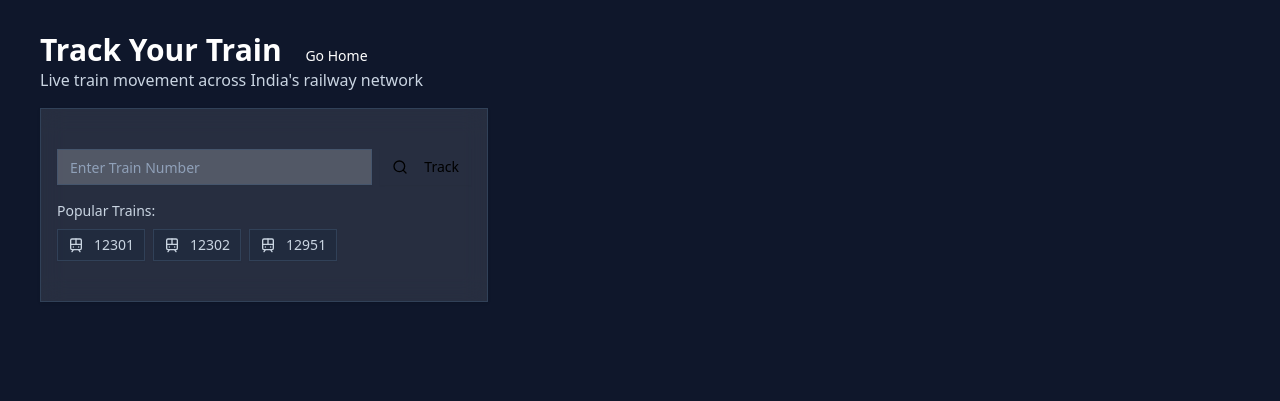
Repository: dhwanijain-dev/IRCTC
Page: /trackingtrain
An editor plug-in stored every save of this project. The page is shown before and after a run of saves, followed by the edit.
The browser window is 1280 px wide. The pictures show the whole page.
The project was rebuilt for these pictures with package versions that can differ from the ones it lists, and the page was loaded fresh each time. The framework's server and built-in components were replaced by stand-ins that run in the browser. Also part of the build but not shown: next.config.js, src/components/ui/badge.tsx, src/components/train-status-panel.tsx.

Above is the page before, as saved 2025-03-23 22:35:55.

### src/app/layout.tsx


import type { Metadata } from "next";
import { Geist, Geist_Mono } from "next/font/google";
import "./globals.css";
import SmoothScrollLenis from "@/app/components/SmoothScrollLenis";


const geistSans = Geist({
  variable: "--font-geist-sans",
  subsets: ["latin"],
});

const geistMono = Geist_Mono({
  variable: "--font-geist-mono",
  subsets: ["latin"],
});

export const metadata: Metadata = {
  title: "Create Next App",
  description: "Generated by create next app",
};

export default function RootLayout({
  children,
}: Readonly<{
  children: React.ReactNode;


}>)

{

  return (
    <html lang="en" suppressHydrationWarning>
      <body
        className={`${geistSans.variable} ${geistMono.variable} antialiased`}
      >
      <SmoothScrollLenis />

          {children}

      </body>
    </html>
  );
}

### src/app/trackingtrain/page.tsx
"use client"

import { useState } from "react"
import TrainMap from "@/components/train-map"
import TrainStatusPanel from "@/components/train-status-panel"
import TrainSearch from "@/components/train-search"
import Link from "next/link"

// Mock train data - in a real app, this would come from an API
const mockTrainData = {
    "12301": {
        name: "Howrah-New Delhi Rajdhani Express",
        number: "12301",
        status: "On Time",
        currentStation: "Kanpur Central",
        nextStation: "New Delhi",
        delay: 0,
        route: [
            {
                name: "Howrah Junction",
                code: "HWH",
                status: "departed",
                scheduledDeparture: "16:10",
                actualDeparture: "16:10",
            },
            {
                name: "Asansol Junction",
                code: "ASN",
                status: "departed",
                scheduledArrival: "18:01",
                actualArrival: "18:01",
                scheduledDeparture: "18:03",
                actualDeparture: "18:03",
            },
            {
                name: "Dhanbad Junction",
                code: "DHN",
                status: "departed",
                scheduledArrival: "18:55",
                actualArrival: "18:55",
                scheduledDeparture: "18:57",
                actualDeparture: "18:57",
            },
            {
                name: "Gaya Junction",
                code: "GAYA",
                status: "departed",
                scheduledArrival: "20:23",
                actualArrival: "20:23",
                scheduledDeparture: "20:25",
                actualDeparture: "20:25",
            },
            {
                name: "Dehri On Sone",
                code: "DOS",
                status: "departed",
                scheduledArrival: "21:10",
                actualArrival: "21:10",
                scheduledDeparture: "21:12",
                actualDeparture: "21:12",
            },
            {
                name: "Mughalsarai Junction",
                code: "MGS",
                status: "departed",
                scheduledArrival: "22:05",
                actualArrival: "22:05",
                scheduledDeparture: "22:15",
                actualDeparture: "22:15",
            },
            {
                name: "Allahabad Junction",
                code: "ALD",
                status: "departed",
                scheduledArrival: "23:30",
                actualArrival: "23:30",
                scheduledDeparture: "23:35",
                actualDeparture: "23:35",
            },
            {
                name: "Kanpur Central",
                code: "CNB",
                status: "departed",
                scheduledArrival: "01:30",
                actualArrival: "01:30",
                scheduledDeparture: "01:35",
                actualDeparture: "01:35",
            },
            { name: "New Delhi", code: "NDLS", status: "upcoming", scheduledArrival: "04:55", actualArrival: "04:55" },
        ],
        progress: 85, // percentage of journey completed
        coordinates: [
            { lat: 22.5986, lng: 88.3696 }, // Howrah
            { lat: 23.6739, lng: 86.9661 }, // Asansol
            { lat: 23.7957, lng: 86.4304 }, // Dhanbad
            { lat: 24.7955, lng: 84.9994 }, // Gaya
            { lat: 24.9168, lng: 84.0432 }, // Dehri On Sone
            { lat: 25.2815, lng: 83.1139 }, // Mughalsarai
            { lat: 25.4358, lng: 81.8463 }, // Allahabad
            { lat: 26.4499, lng: 80.3319 }, // Kanpur
            { lat: 28.6139, lng: 77.209 }, // New Delhi
        ],
    },
    "12302": {
        name: "New Delhi-Howrah Rajdhani Express",
        number: "12302",
        status: "Delayed",
        currentStation: "Gaya Junction",
        nextStation: "Dhanbad Junction",
        delay: 25,
        route: [
            { name: "New Delhi", code: "NDLS", status: "departed", scheduledDeparture: "16:10", actualDeparture: "16:10" },
            {
                name: "Kanpur Central",
                code: "CNB",
                status: "departed",
                scheduledArrival: "20:20",
                actualArrival: "20:20",
                scheduledDeparture: "20:25",
                actualDeparture: "20:25",
            },
            {
                name: "Allahabad Junction",
                code: "ALD",
                status: "departed",
                scheduledArrival: "22:30",
                actualArrival: "22:45",
                scheduledDeparture: "22:35",
                actualDeparture: "22:50",
            },
            {
                name: "Mughalsarai Junction",
                code: "MGS",
                status: "departed",
                scheduledArrival: "23:50",
                actualArrival: "00:05",
                scheduledDeparture: "00:00",
                actualDeparture: "00:15",
            },
            {
                name: "Dehri On Sone",
                code: "DOS",
                status: "departed",
                scheduledArrival: "00:55",
                actualArrival: "01:10",
                scheduledDeparture: "00:57",
                actualDeparture: "01:12",
            },
            {
                name: "Gaya Junction",
                code: "GAYA",
                status: "current",
                scheduledArrival: "01:43",
                actualArrival: "02:08",
                scheduledDeparture: "01:45",
                actualDeparture: "02:10",
            },
            {
                name: "Dhanbad Junction",
                code: "DHN",
                status: "upcoming",
                scheduledArrival: "03:25",
                actualArrival: "03:50",
                scheduledDeparture: "03:27",
                actualDeparture: "03:52",
            },
            {
                name: "Asansol Junction",
                code: "ASN",
                status: "upcoming",
                scheduledArrival: "04:25",
                actualArrival: "04:50",
                scheduledDeparture: "04:27",
                actualDeparture: "04:52",
            },
            { name: "Howrah Junction", code: "HWH", status: "upcoming", scheduledArrival: "06:55", actualArrival: "07:20" },
        ],
        progress: 55, // percentage of journey completed
        coordinates: [
            { lat: 28.6139, lng: 77.209 }, // New Delhi
            { lat: 26.4499, lng: 80.3319 }, // Kanpur
            { lat: 25.4358, lng: 81.8463 }, // Allahabad
            { lat: 25.2815, lng: 83.1139 }, // Mughalsarai
            { lat: 24.9168, lng: 84.0432 }, // Dehri On Sone
            { lat: 24.7955, lng: 84.9994 }, // Gaya
            { lat: 23.7957, lng: 86.4304 }, // Dhanbad
            { lat: 23.6739, lng: 86.9661 }, // Asansol
            { lat: 22.5986, lng: 88.3696 }, // Howrah
        ],
    },
    "12951": {
        name: "Mumbai Central - New Delhi Rajdhani Express",
        number: "12951",
        status: "Delayed",
        currentStation: "Kota Junction",
        nextStation: "Sawai Madhopur",
        delay: 15,
        route: [
            {
                name: "Mumbai Central",
                code: "MMCT",
                status: "departed",
                scheduledDeparture: "16:35",
                actualDeparture: "16:35",
            },
            {
                name: "Borivali",
                code: "BVI",
                status: "departed",
                scheduledArrival: "17:13",
                actualArrival: "17:13",
                scheduledDeparture: "17:15",
                actualDeparture: "17:15",
            },
            {
                name: "Surat",
                code: "ST",
                status: "departed",
                scheduledArrival: "19:14",
                actualArrival: "19:14",
                scheduledDeparture: "19:16",
                actualDeparture: "19:16",
            },
            {
                name: "Vadodara Junction",
                code: "BRC",
                status: "departed",
                scheduledArrival: "20:55",
                actualArrival: "20:55",
                scheduledDeparture: "21:00",
                actualDeparture: "21:00",
            },
            {
                name: "Ratlam Junction",
                code: "RTM",
                status: "departed",
                scheduledArrival: "00:15",
                actualArrival: "00:25",
                scheduledDeparture: "00:20",
                actualDeparture: "00:30",
            },
            {
                name: "Kota Junction",
                code: "KOTA",
                status: "current",
                scheduledArrival: "03:00",
                actualArrival: "03:15",
                scheduledDeparture: "03:05",
                actualDeparture: "03:20",
            },
            {
                name: "Sawai Madhopur",
                code: "SWM",
                status: "upcoming",
                scheduledArrival: "04:32",
                actualArrival: "04:47",
                scheduledDeparture: "04:34",
                actualDeparture: "04:49",
            },
            {
                name: "Mathura Junction",
                code: "MTJ",
                status: "upcoming",
                scheduledArrival: "06:25",
                actualArrival: "06:40",
                scheduledDeparture: "06:27",
                actualDeparture: "06:42",
            },
            { name: "New Delhi", code: "NDLS", status: "upcoming", scheduledArrival: "08:35", actualArrival: "08:50" },
        ],
        progress: 65, // percentage of journey completed
        coordinates: [
            { lat: 18.9712, lng: 72.819 }, // Mumbai Central
            { lat: 19.2312, lng: 72.8553 }, // Borivali
            { lat: 21.1702, lng: 72.8311 }, // Surat
            { lat: 22.3072, lng: 73.1812 }, // Vadodara
            { lat: 23.3315, lng: 75.0367 }, // Ratlam
            { lat: 25.2138, lng: 75.8648 }, // Kota
            { lat: 26.0207, lng: 76.3534 }, // Sawai Madhopur
            { lat: 27.4924, lng: 77.6737 }, // Mathura
            { lat: 28.6139, lng: 77.209 }, // New Delhi
        ],
    },
}

export default function TrackYourTrainPage() {
    const [selectedTrain, setSelectedTrain] = useState<any>(null)
    const [searchQuery, setSearchQuery] = useState<string>("");

    const handleTrainSearch = (trainNumber: string | number) => {
        setSearchQuery(String(trainNumber))
        setSelectedTrain(mockTrainData[trainNumber])
    }

    return (
        <div className="relative w-full  h-screen bg-slate-900">
            {/* 3D Map */}
            <TrainMap selectedTrain={selectedTrain} />

            {/* UI Overlay */}
            <div className="absolute top-0 left-0 w-full h-full pointer-events-none px-10">
                <div className="container mx-auto h-full flex flex-col">
                    {/* Header */}
                    <div className="pt-8 pb-4 pointer-events-auto">
                        <h1 className="text-3xl font-bold text-white">Track Your Train <Link className="ml-4 text-sm font-light" href="/">Go Home</Link> </h1>
                        <p className="text-slate-300">Live train movement across India's railway network</p>
                    </div>

                    {/* Search Panel */}
                    <div className="w-full max-w-md pointer-events-auto">
                        <TrainSearch onSearch={handleTrainSearch} />
                    </div>

                    {/* Spacer */}
                    <div className="flex-grow"></div>

                    {/* Status Panel */}
                    {selectedTrain && (
                        <div className="mb-8 pointer-events-auto">
                            <TrainStatusPanel train={selectedTrain} />
                        </div>
                    )}
                </div>
            </div>
        </div>
    )
}

### src/app/components/SmoothScrollLenis.tsx
"use client";
import { useEffect } from "react";
import Lenis from "@studio-freight/lenis";

const SmoothScrollLenis = () => {
    useEffect(() => {
        const lenis = new Lenis({
            smooth: true,
            lerp: 0.1, // Controls smoothness
        });

        const raf = (time) => {
            lenis.raf(time);
            requestAnimationFrame(raf);
        };

        requestAnimationFrame(raf);
    }, []);

    return (
        <></>
    );
};

export default SmoothScrollLenis;

### src/components/train-search.tsx
"use client"

import { useState, FormEvent } from "react"
import { Button } from "@/components/ui/button"
import { Input } from "@/components/ui/input"
import { Card, CardContent } from "@/components/ui/card"
import { Search, Train } from "lucide-react"

// Sample train numbers for quick selection
const popularTrains = [
  { number: "12301", name: "Howrah-New Delhi Rajdhani" },
  { number: "12302", name: "New Delhi-Howrah Rajdhani" },
  { number: "12951", name: "Mumbai-Delhi Rajdhani" },
]

interface TrainSearchProps {
  onSearch: (trainNumber: string) => void
}

export default function TrainSearch({ onSearch }: TrainSearchProps) {
  const [trainNumber, setTrainNumber] = useState<string>("")

  const handleSubmit = (e: FormEvent) => {
    e.preventDefault()
    if (trainNumber.trim()) {
      onSearch(trainNumber.trim())
    }
  }

  return (
      <Card className="bg-white/10 backdrop-blur-md border-slate-700">
        <CardContent className="p-4">
          <form onSubmit={handleSubmit} className="space-y-4">
            <div className="flex space-x-2">
              <Input
                  type="text"
                  placeholder="Enter Train Number"
                  value={trainNumber}
                  onChange={(e) => setTrainNumber(e.target.value)}
                  className="bg-white/20 border-slate-600 text-white placeholder:text-slate-400"
              />
              <Button type="submit" variant="default">
                <Search className="h-4 w-4 mr-2" />
                Track
              </Button>
            </div>

            <div>
              <p className="text-sm text-slate-300 mb-2">Popular Trains:</p>
              <div className="flex flex-wrap gap-2">
                {popularTrains.map((train) => (
                    <Button
                        key={train.number}
                        variant="outline"
                        size="sm"
                        className="bg-slate-800/50 border-slate-700 text-slate-300 hover:bg-slate-700 hover:text-white"
                        onClick={() => {
                          setTrainNumber(train.number)
                          onSearch(train.number)
                        }}
                    >
                      <Train className="h-3 w-3 mr-1" />
                      {train.number}
                    </Button>
                ))}
              </div>
            </div>
          </form>
        </CardContent>
      </Card>
  )
}

### src/components/ui/card.tsx
'use client'
import * as React from "react"

import { cn } from "@/lib/utils"

function Card({ className, ...props }: React.ComponentProps<"div">) {
  return (
    <div
      data-slot="card"
      className={cn(
        "bg-card text-card-foreground flex flex-col gap-6 rounded-xl border py-6 shadow-sm",
        className
      )}
      {...props}
    />
  )
}

function CardHeader({ className, ...props }: React.ComponentProps<"div">) {
  return (
    <div
      data-slot="card-header"
      className={cn(
        "@container/card-header grid auto-rows-min grid-rows-[auto_auto] items-start gap-1.5 px-6 has-data-[slot=card-action]:grid-cols-[1fr_auto] [.border-b]:pb-6",
        className
      )}
      {...props}
    />
  )
}

function CardTitle({ className, ...props }: React.ComponentProps<"div">) {
  return (
    <div
      data-slot="card-title"
      className={cn("leading-none font-semibold", className)}
      {...props}
    />
  )
}

function CardDescription({ className, ...props }: React.ComponentProps<"div">) {
  return (
    <div
      data-slot="card-description"
      className={cn("text-muted-foreground text-sm", className)}
      {...props}
    />
  )
}

function CardAction({ className, ...props }: React.ComponentProps<"div">) {
  return (
    <div
      data-slot="card-action"
      className={cn(
        "col-start-2 row-span-2 row-start-1 self-start justify-self-end",
        className
      )}
      {...props}
    />
  )
}

function CardContent({ className, ...props }: React.ComponentProps<"div">) {
  return (
    <div
      data-slot="card-content"
      className={cn("px-6", className)}
      {...props}
    />
  )
}

function CardFooter({ className, ...props }: React.ComponentProps<"div">) {
  return (
    <div
      data-slot="card-footer"
      className={cn("flex items-center px-6 [.border-t]:pt-6", className)}
      {...props}
    />
  )
}

export {
  Card,
  CardHeader,
  CardFooter,
  CardTitle,
  CardAction,
  CardDescription,
  CardContent,
}

### src/components/ui/button.tsx
'use client'
import * as React from "react"
import { Slot } from "@radix-ui/react-slot"
import { cva, type VariantProps } from "class-variance-authority"

import { cn } from "@/lib/utils"

const buttonVariants = cva(
  "inline-flex items-center justify-center gap-2 whitespace-nowrap rounded-md text-sm font-medium transition-all disabled:pointer-events-none disabled:opacity-50 [&_svg]:pointer-events-none [&_svg:not([class*='size-'])]:size-4 shrink-0 [&_svg]:shrink-0 outline-none focus-visible:border-ring focus-visible:ring-ring/50 focus-visible:ring-[3px] aria-invalid:ring-destructive/20 dark:aria-invalid:ring-destructive/40 aria-invalid:border-destructive",
  {
    variants: {
      variant: {
        default:
          "bg-primary text-primary-foreground shadow-xs hover:bg-primary/90",
        destructive:
          "bg-destructive text-white shadow-xs hover:bg-destructive/90 focus-visible:ring-destructive/20 dark:focus-visible:ring-destructive/40 dark:bg-destructive/60",
        outline:
          "border bg-background shadow-xs hover:bg-accent hover:text-accent-foreground dark:bg-input/30 dark:border-input dark:hover:bg-input/50",
        secondary:
          "bg-secondary text-secondary-foreground shadow-xs hover:bg-secondary/80",
        ghost:
          "hover:bg-accent hover:text-accent-foreground dark:hover:bg-accent/50",
        link: "text-primary underline-offset-4 hover:underline",
      },
      size: {
        default: "h-9 px-4 py-2 has-[>svg]:px-3",
        sm: "h-8 rounded-md gap-1.5 px-3 has-[>svg]:px-2.5",
        lg: "h-10 rounded-md px-6 has-[>svg]:px-4",
        icon: "size-9",
      },
    },
    defaultVariants: {
      variant: "default",
      size: "default",
    },
  }
)

function Button({
  className,
  variant,
  size,
  asChild = false,
  ...props
}: React.ComponentProps<"button"> &
  VariantProps<typeof buttonVariants> & {
    asChild?: boolean
  }) {
  const Comp = asChild ? Slot : "button"

  return (
    <Comp
      data-slot="button"
      className={cn(buttonVariants({ variant, size, className }))}
      {...props}
    />
  )
}

export { Button, buttonVariants }

### src/components/ui/input.tsx
'use client'
import * as React from "react"

import { cn } from "@/lib/utils"

function Input({ className, type, ...props }: React.ComponentProps<"input">) {
  return (
    <input
      type={type}
      data-slot="input"
      className={cn(
        "file:text-foreground placeholder:text-muted-foreground selection:bg-primary selection:text-primary-foreground dark:bg-input/30 border-input flex h-9 w-full min-w-0 rounded-md border bg-transparent px-3 py-1 text-base shadow-xs transition-[color,box-shadow] outline-none file:inline-flex file:h-7 file:border-0 file:bg-transparent file:text-sm file:font-medium disabled:pointer-events-none disabled:cursor-not-allowed disabled:opacity-50 md:text-sm",
        "focus-visible:border-ring focus-visible:ring-ring/50 focus-visible:ring-[3px]",
        "aria-invalid:ring-destructive/20 dark:aria-invalid:ring-destructive/40 aria-invalid:border-destructive",
        className
      )}
      {...props}
    />
  )
}

export { Input }

Loaded but not shown: src/app/globals.css (common file); src/lib/utils.ts (common file); src/components/train-map.tsx (248 lines, source omitted)

After the next 6 saves:
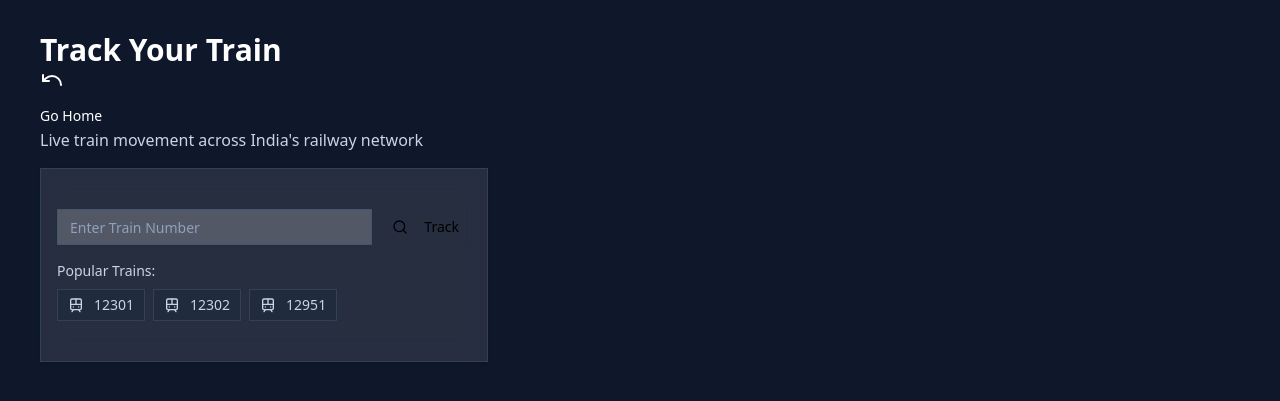
The 6 saves are shown as one change because they came seconds apart.
The last was saved 13 s later.
--- a/src/app/trackingtrain/page.tsx
+++ b/src/app/trackingtrain/page.tsx
@@ -5,6 +5,7 @@ import TrainMap from "@/components/train-map"
 import TrainStatusPanel from "@/components/train-status-panel"
 import TrainSearch from "@/components/train-search"
 import Link from "next/link"
+import { Undo } from "lucide-react"
 
 // Mock train data - in a real app, this would come from an API
 const mockTrainData = {
@@ -302,7 +303,7 @@ export default function TrackYourTrainPage() {
                 <div className="container mx-auto h-full flex flex-col">
                     {/* Header */}
                     <div className="pt-8 pb-4 pointer-events-auto">
-                        <h1 className="text-3xl font-bold text-white">Track Your Train <Link className="ml-4 text-sm font-light" href="/">Go Home</Link> </h1>
+                        <h1 className="text-3xl font-bold text-white">Track Your Train <Link className="ml-4 text-sm font-light" href="/"><Undo/> Go Home</Link> </h1>
                         <p className="text-slate-300">Live train movement across India's railway network</p>
                     </div>
 
